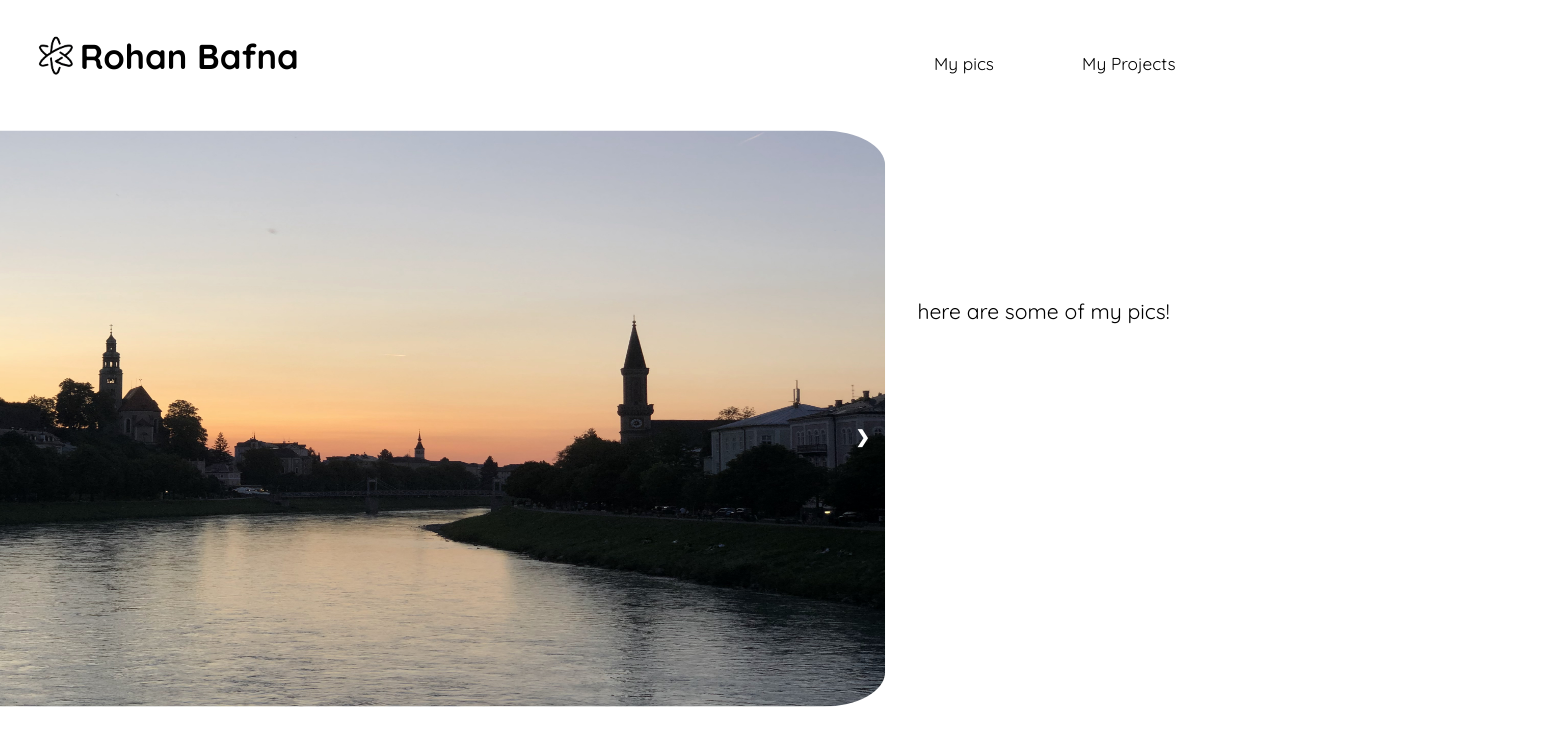
Repository: rbafna6507/rbafna6507.github.io
Page: pics.html
An editor plug-in stored every save of this project. The page is shown before and after the next save, followed by the edit.
The browser window is 1280 px wide. The page is 1622 px wide, so the pictures cover 1622 px, including what lies to the right of the window. The pictures show the whole page, at 96% of full size.

Above is the page before, as saved 2020-12-18 14:14:20.
Console error: TypeError: Cannot read properties of undefined (reading 'className')

### pics.html
<!DOCTYPE HTML>
<html>
<head>
    <link rel="shortcut icon" type="image/png" href="circular actual atom logo.png"/>
    <link href= "style.css" type= "text/css" rel= "stylesheet">
    <script type= "http://code.jquery.com/jquery-1.7.1.min.js"></script>
    <title> Rohan Bafna | My Photography </title>
    <link href="https://fonts.googleapis.com/css?family=Quicksand:400,700&display=swap" rel="stylesheet">
</head>
<body>
  <div id= "navbar">
    <header class= "header">
        <div id="hi">
          <img id= "logo" src= "actual atom logo.png"></a>
          <a href= "index.html"><h1>Rohan Bafna</h1></a>
        </div>
        <div class= "leftsidelist">
            <ul>
                <a href= "pics.html"><li class= "about">My pics</li></a>
                <a href= "projects.html"><li class= "projects">My Projects</li></a>
            </ul>
        </div>
    </header>
  </div>
    <!-- Slideshow container -->
<div class="slideshow-container">

        <!-- Full-width images with number and caption text -->
        <div class="mySlides fade">
          <div class="numbertext">1 / 13</div>
          <img src="sunset.jpg" style="width:100%">
          <div class="text">here are some of my pics!</div>
        </div>

        <div class="mySlides fade">
          <div class="numbertext">2 / 13</div>
          <img src="city.jpg" style="width:100%">
          <div class="text">overlooking over city</div>
        </div>

        <div class="mySlides fade">
          <div class="numbertext">3 / 13</div>
          <img src="cloud.jpg" style="width:100%">
          <div class="text">Lake Brienz in swiss cheese</div>
        </div>

        <div class="mySlides fade">
          <div class="numbertext">4 / 13</div>
          <img src="falls.jpg" style="width:100%">
          <div class="text">niagra falls ripoff</div>
        </div>

        <div class="mySlides fade">
          <div class="numbertext"> 5 / 13</div>
          <img src="fallsleaves.jpg" style="width:100%">
          <div class="text">Rhine Falls but different</div>
        </div>
        <!--
        <div class="mySlides fade">
          <div class="numbertext">6 / 13</div>
          <img src="flowerriver.jpg" style="width:100%">
          <div class="text">wow...lake thun flowing</div>
        </div>


        <div class="mySlides fade">
          <div class="numbertext">7 / 13</div>
          <img src="flowertower.jpg" style="width:100%">
          <div class="text">towers and flowers</div>
        </div>
        -->

        <div class="mySlides fade">
          <div class="numbertext">8 / 13</div>
          <img src="mountain1.jpg" style="width:100%">
          <div class="text">mount tetnis shot</div>
        </div>

        <div class="mySlides fade">
          <div class="numbertext">9 / 13</div>
          <img src="poofclouds.jpg" style="width:100%">
          <div class="text">large hills</div>
        </div>

        <div class="mySlides fade">
          <div class="numbertext">10 / 13</div>
          <img src="riverland.jpg" style="width:100%">
          <div class="text">small ocean brienz</div>
        </div>

        <div class="mySlides fade">
          <div class="numbertext">11 / 13</div>
          <img src="mountaincloud.jpg" style="width:100%">
          <div class="text">i have the high ground</div>
        </div>

        <div class="mySlides fade">
          <div class="numbertext">12 / 13</div>
          <img src="riverside.jpg" style="width:100%">
          <div class="text">the ground is lava but beautiful</div>
        </div>

        <div class="mySlides fade">
          <div class="numbertext">13 / 13</div>
          <img src="riverview.jpg" style="width:100%">
          <div class="text">lake thun thun thunnnnnnn</div>
        </div>

        <!-- Next and previous buttons -->
        <a class="prev" onclick="plusSlides(-1)">&#10094;</a>
        <a class="next" onclick="plusSlides(1)">&#10095;</a>
      </div>
      <br>

      <script>
          var slideIndex = 1;
          showSlides(slideIndex);

          // Next/previous controls
          function plusSlides(n) {
            showSlides(slideIndex += n);
          }

          // Thumbnail image controls
          function currentSlide(n) {
            showSlides(slideIndex = n);
          }

          function showSlides(n) {
            var i;
            var slides = document.getElementsByClassName("mySlides");
            var dots = document.getElementsByClassName("dot");
            if (n > slides.length) {slideIndex = 1}
            if (n < 1) {slideIndex = slides.length}
            for (i = 0; i < slides.length; i++) {
                slides[i].style.display = "none";
            }
            for (i = 0; i < dots.length; i++) {
                dots[i].className = dots[i].className.replace(" active", "");
            }
            slides[slideIndex-1].style.display = "block";
            dots[slideIndex-1].className += " active";
          }
      </script>
</body >
</html>

### style.css
* {box-sizing:border-box}

/* Slideshow container */
.slideshow-container {
  position: relative;
  bottom: 100px;
  right: 350px;
  float: right;
  height: 540px;
  width: 1070px;
  box-sizing: border-box;
}

/* Hide the images by default */
.mySlides {
  display: none;
}

/* Next & previous buttons */
.prev, .next {
  cursor: pointer;
  position: absolute;
  top: 50%;
  width: auto;
  margin-top: 50px;
  padding: 16px;
  color: white;
  font-weight: bold;
  font-size: 18px;
  transition: 0.6s ease;
  border-radius: 0 3px 3px 0;
  user-select: none;
}

/* Position the "next button" to the right */
.next {
  right: 0;
  border-radius: 3px 0 0 3px;
}

/* On hover, add a black background color with a little bit see-through */
.prev:hover, .next:hover {
  background-color: rgba(0,0,0,0.8);
}

/* Caption text */
.text {
  color: #000000;
  font-size: 22px;
  padding: 8px 12px;
  position: relative;
  bottom: 410px;
  left: 700px;
  width: 100%;
  text-align: center;
  font-family: "quicksand";
}

/* Number text (1/11 etc) */
.numbertext {
  color: #f2f2f2;
  font-size: 12px;
  padding: 8px 12px;
  position: absolute;
  top: 0;
}

/* Fading animation */
.fade {
  -webkit-animation-name: fade;
  -webkit-animation-duration: 1.5s;
  animation-name: fade;
  animation-duration: 1.5s;
}

@-webkit-keyframes fade {
  from {opacity: .4}
  to {opacity: 1}
}

@keyframes fade {
  from {opacity: .4}
  to {opacity: 1}
}

h1 {

    padding-left: 50px;
    font-size: 36px;
    position: relative;
    right: 5px;

}

li{
  display: block;
  list-style-type: none;
  text-align: left;
  padding-left: 30px;
  font-size: 18px;
  font-weight: 36px;
  width: 150px;
  display: inline-block;
  position: relative;
  left: 370px;
  bottom: 60px;
}

ul{
  margin: 10px 0px;
  padding: 0;
  text-align: center;
  position: relative;
}

p {
    display: block;

}

.header {
  font-family: "quicksand";
  position: relative;
  left: 10px;
  bottom: 70px;
}

img {
    position: relative;
    top: 28px;
    height: 600px;
    width: 1000px;
    border-radius: 6%;
}

.leftsidelist {
position: relative;
top: 10px;
left: 55px;
}

.home {
  padding-bottom: 30px;
}

.about {
  padding-bottom: 30px;
}

#navbar {
  position: relative;
  top: 30px;
  left: 20px;

}

#logo {
  display: inline-block;
  width: 40px;
  height: 40px;
  position: relative;
  top: 70px;
  bottom: 400px;
}

a:link {
  text-decoration: none;
  color: black;
}

a:visited {
  text-decoration: none;
  color: black;
}

a:hover {
  color: #ce321e
}

a:active {
  color: #ce321e
}

html {
  height: 770px;
}

After the next save:
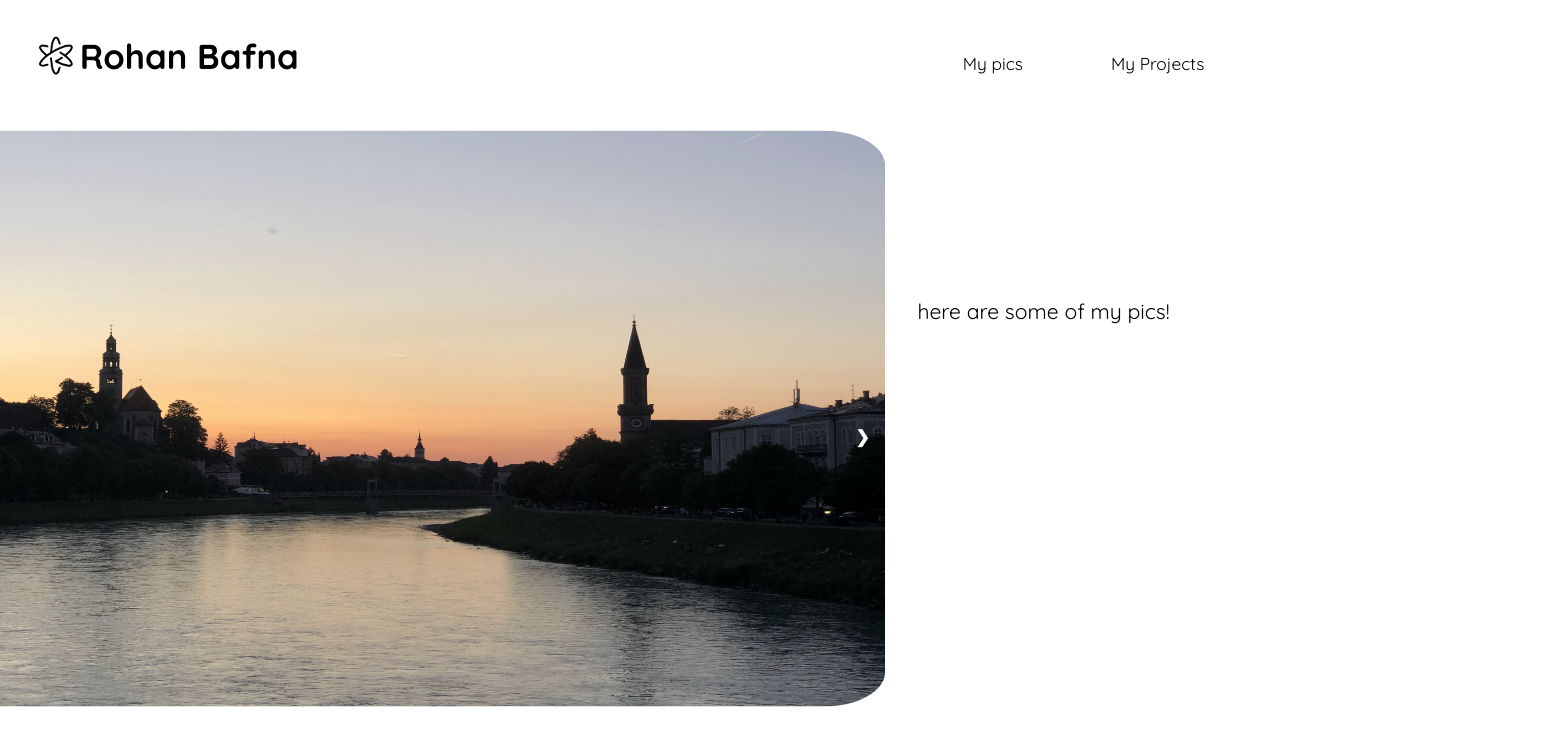
Saved 12 s later.
--- a/style.css
+++ b/style.css
@@ -136,7 +136,7 @@ img {
 .leftsidelist {
 position: relative;
 top: 10px;
-left: 55px;
+left: 85px;
 }
 
 .home {
